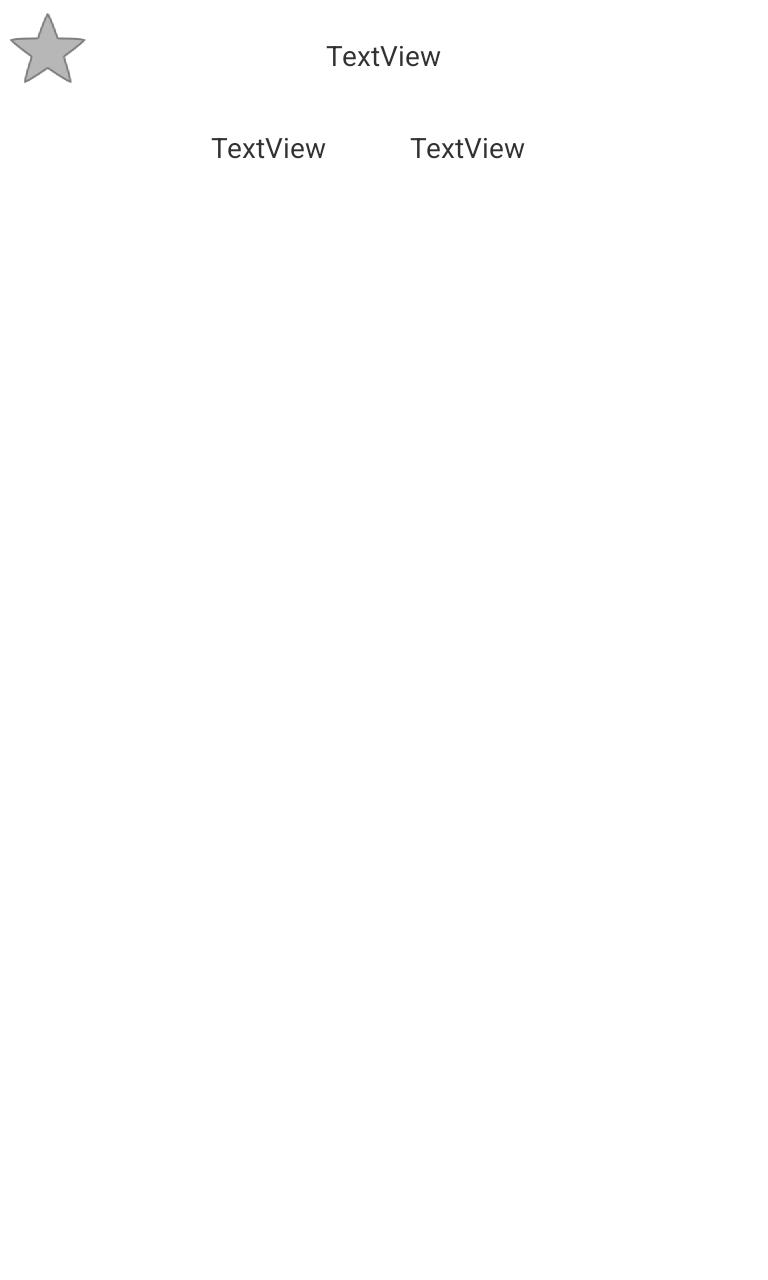
Repository: arianaantonio/Java2_Antonio
Layout: SpaceImageViewer/res/layout/details_activity.xml
These files come from the project's save history. The layout is drawn as it stood at one moment and after the next save; the edit follows.
It is drawn on a 768 x 1280 px phone screen (xhdpi) without system bars, with theme AppTheme; the app's code is not run.

Above is the layout before, as saved 2014-07-15 06:50:14.

### SpaceImageViewer/res/layout/details_activity.xml
<?xml version="1.0" encoding="utf-8"?>
<RelativeLayout xmlns:android="http://schemas.android.com/apk/res/android"
    android:layout_width="match_parent"
    android:layout_height="match_parent"
    android:orientation="vertical" >

    <TextView
        android:id="@+id/textView1"
        android:layout_width="wrap_content"
        android:layout_height="wrap_content"
        android:layout_alignParentTop="true"
        android:layout_centerHorizontal="true"
        android:layout_marginTop="18dp"
        android:text="TextView" />

    <TextView
        android:id="@+id/textView2"
        android:layout_width="wrap_content"
        android:layout_height="wrap_content"
        android:layout_below="@+id/textView1"
        android:layout_marginTop="27dp"
        android:layout_toLeftOf="@+id/textView1"
        android:text="TextView" />

    <TextView
        android:id="@+id/textView3"
        android:layout_width="wrap_content"
        android:layout_height="wrap_content"
        android:layout_alignBaseline="@+id/textView2"
        android:layout_alignBottom="@+id/textView2"
        android:layout_alignLeft="@+id/textView1"
        android:layout_marginLeft="42dp"
        android:text="TextView" />

    <RatingBar
        android:id="@+id/ratingBar"
        android:layout_width="wrap_content"
        android:layout_height="wrap_content"
        android:layout_gravity="center"
        android:numStars="1"
        android:stepSize="1.0"
        android:rating="0.0" />

</RelativeLayout>

Loaded but not shown: SpaceImageViewer/res/values/styles.xml (common file); SpaceImageViewer/res/values-v11/styles.xml (common file); SpaceImageViewer/res/values-v14/styles.xml (common file)

After the next save:
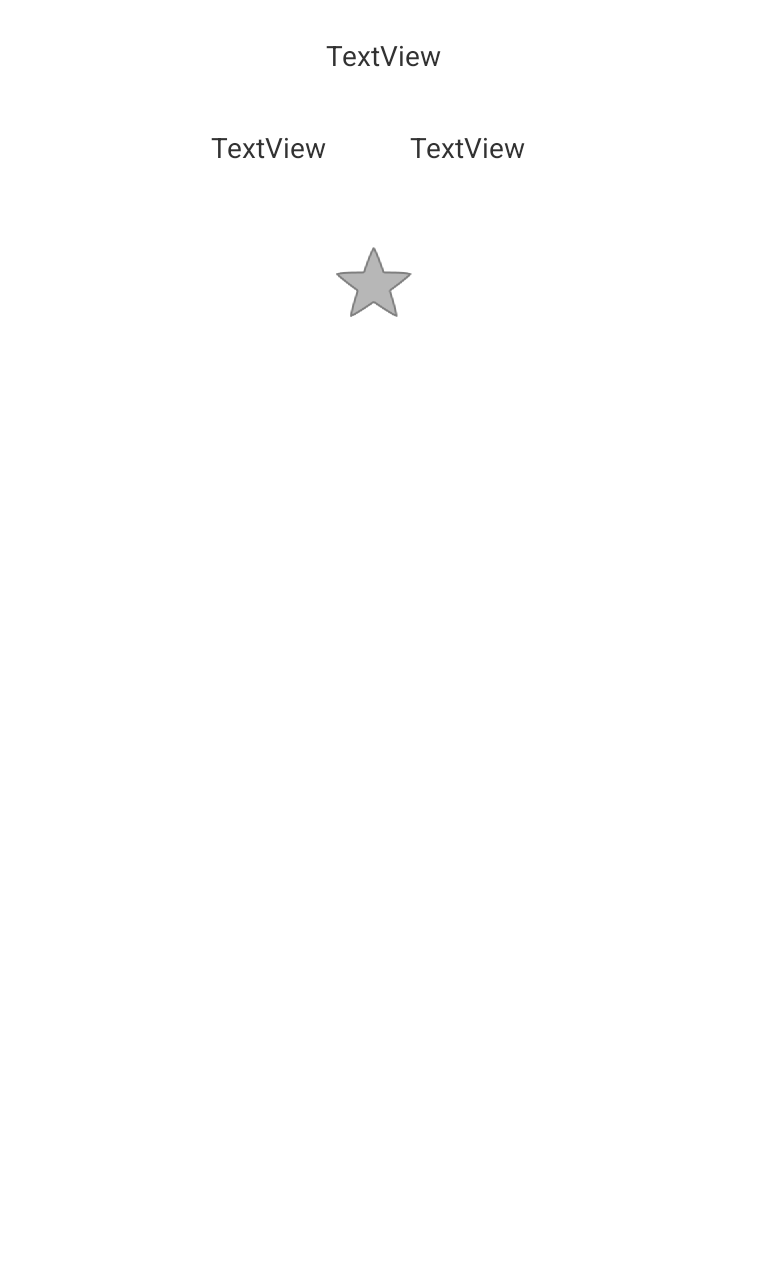
Saved 89 s later.
--- a/SpaceImageViewer/res/layout/details_activity.xml
+++ b/SpaceImageViewer/res/layout/details_activity.xml
@@ -5,7 +5,7 @@
     android:orientation="vertical" >
 
     <TextView
-        android:id="@+id/textView1"
+        android:id="@+id/title"
         android:layout_width="wrap_content"
         android:layout_height="wrap_content"
         android:layout_alignParentTop="true"
@@ -14,21 +14,21 @@
         android:text="TextView" />
 
     <TextView
-        android:id="@+id/textView2"
+        android:id="@+id/user"
         android:layout_width="wrap_content"
         android:layout_height="wrap_content"
-        android:layout_below="@+id/textView1"
+        android:layout_below="@+id/title"
         android:layout_marginTop="27dp"
-        android:layout_toLeftOf="@+id/textView1"
+        android:layout_toLeftOf="@+id/title"
         android:text="TextView" />
 
     <TextView
-        android:id="@+id/textView3"
+        android:id="@+id/camera"
         android:layout_width="wrap_content"
         android:layout_height="wrap_content"
-        android:layout_alignBaseline="@+id/textView2"
-        android:layout_alignBottom="@+id/textView2"
-        android:layout_alignLeft="@+id/textView1"
+        android:layout_alignBaseline="@+id/user"
+        android:layout_alignBottom="@+id/user"
+        android:layout_alignLeft="@+id/title"
         android:layout_marginLeft="42dp"
         android:text="TextView" />
 
@@ -36,9 +36,11 @@
         android:id="@+id/ratingBar"
         android:layout_width="wrap_content"
         android:layout_height="wrap_content"
-        android:layout_gravity="center"
+        android:layout_alignLeft="@+id/title"
+        android:layout_below="@+id/camera"
+        android:layout_marginTop="34dp"
         android:numStars="1"
-        android:stepSize="1.0"
-        android:rating="0.0" />
+        android:rating="0.0"
+        android:stepSize="1.0" />
 
 </RelativeLayout>
